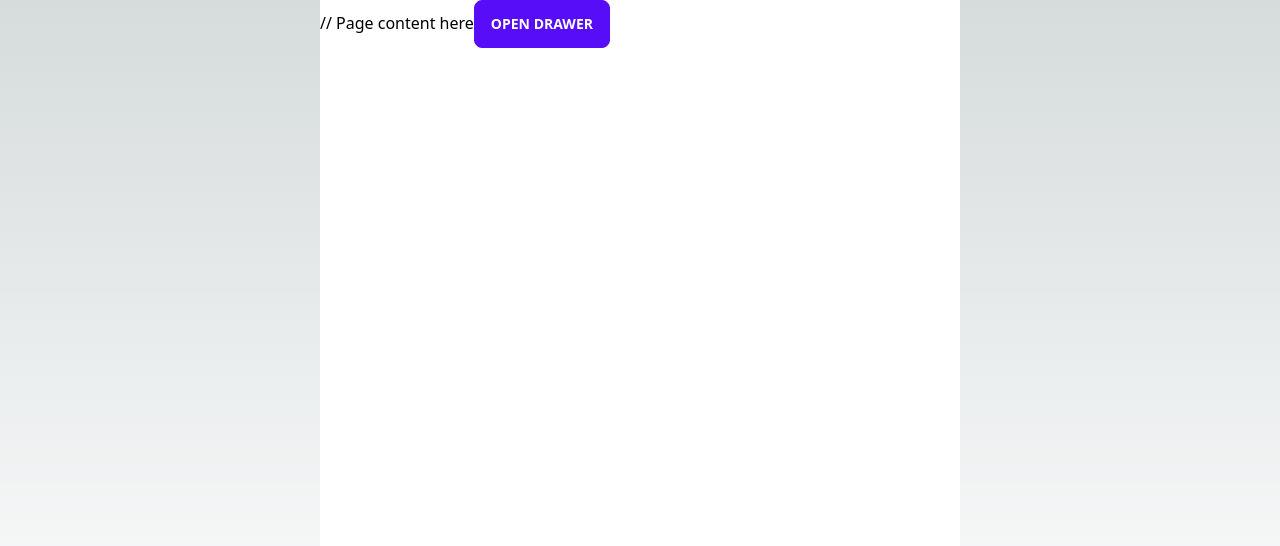
Repository: mehedi9465/nextapp
Page: /Dashboard
The author's editor kept a copy of each file at every save. The page is drawn from the files as they stood at one save, then again after a run of saves.
The browser window is 1280 px wide. The pictures show the whole page.
The project was rebuilt for these pictures with package versions that can differ from the ones it lists, and the page was loaded fresh each time. The framework's server and built-in components were replaced by stand-ins that run in the browser. Also part of the build but not shown: next.config.js.

Above is the page before, as saved 2023-03-04 12:44:56.

After the next 3 saves:
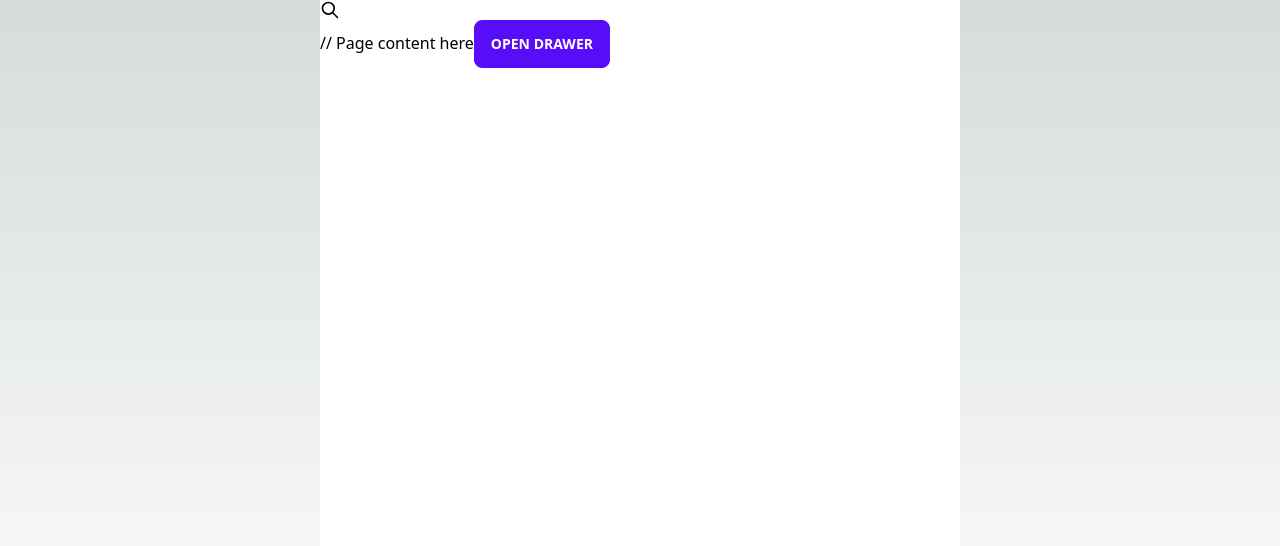
The 3 saves are shown as one change because 1 did not build or start and some came seconds apart.
The last was saved 35 s later.
--- a/pages/Dashboard/index.js
+++ b/pages/Dashboard/index.js
@@ -5,10 +5,23 @@
     <div className=" max-w-screen-sm bg-white mx-auto">
       <div className="drawer">
         <input id="my-drawer" type="checkbox" className="drawer-toggle" />
-              <div className="drawer-content">
-                  <div className="">
-
-                  </div>
+        <div className="drawer-content">
+          <div className="">
+            <svg
+              xmlns="http://www.w3.org/2000/svg"
+              className="h-5 w-5"
+              fill="none"
+              viewBox="0 0 24 24"
+              stroke="currentColor"
+            >
+              <path
+                strokeLinecap="round"
+                strokeLinejoin="round"
+                strokeWidth="2"
+                d="M21 21l-6-6m2-5a7 7 0 11-14 0 7 7 0 0114 0z"
+              />
+            </svg>
+          </div>
           // Page content here
           <label htmlFor="my-drawer" className="btn btn-primary drawer-button">
             Open drawer

After the save that followed:
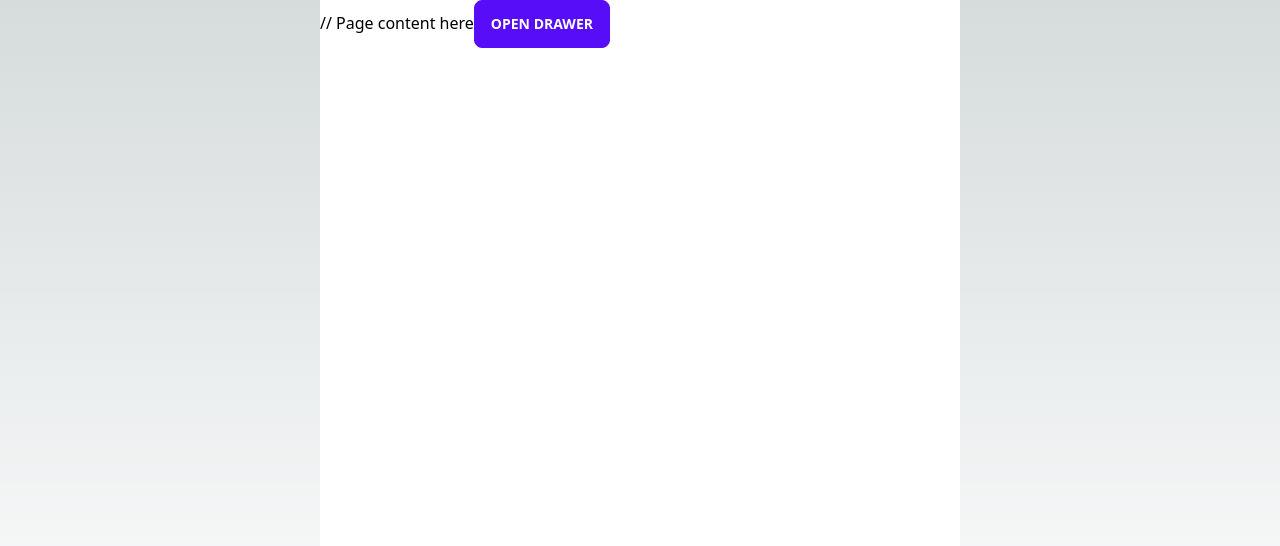
Saved 22 s later.
--- a/pages/Dashboard/index.js
+++ b/pages/Dashboard/index.js
@@ -7,20 +7,7 @@
         <input id="my-drawer" type="checkbox" className="drawer-toggle" />
         <div className="drawer-content">
           <div className="">
-            <svg
-              xmlns="http://www.w3.org/2000/svg"
-              className="h-5 w-5"
-              fill="none"
-              viewBox="0 0 24 24"
-              stroke="currentColor"
-            >
-              <path
-                strokeLinecap="round"
-                strokeLinejoin="round"
-                strokeWidth="2"
-                d="M21 21l-6-6m2-5a7 7 0 11-14 0 7 7 0 0114 0z"
-              />
-            </svg>
+
           </div>
           // Page content here
           <label htmlFor="my-drawer" className="btn btn-primary drawer-button">
